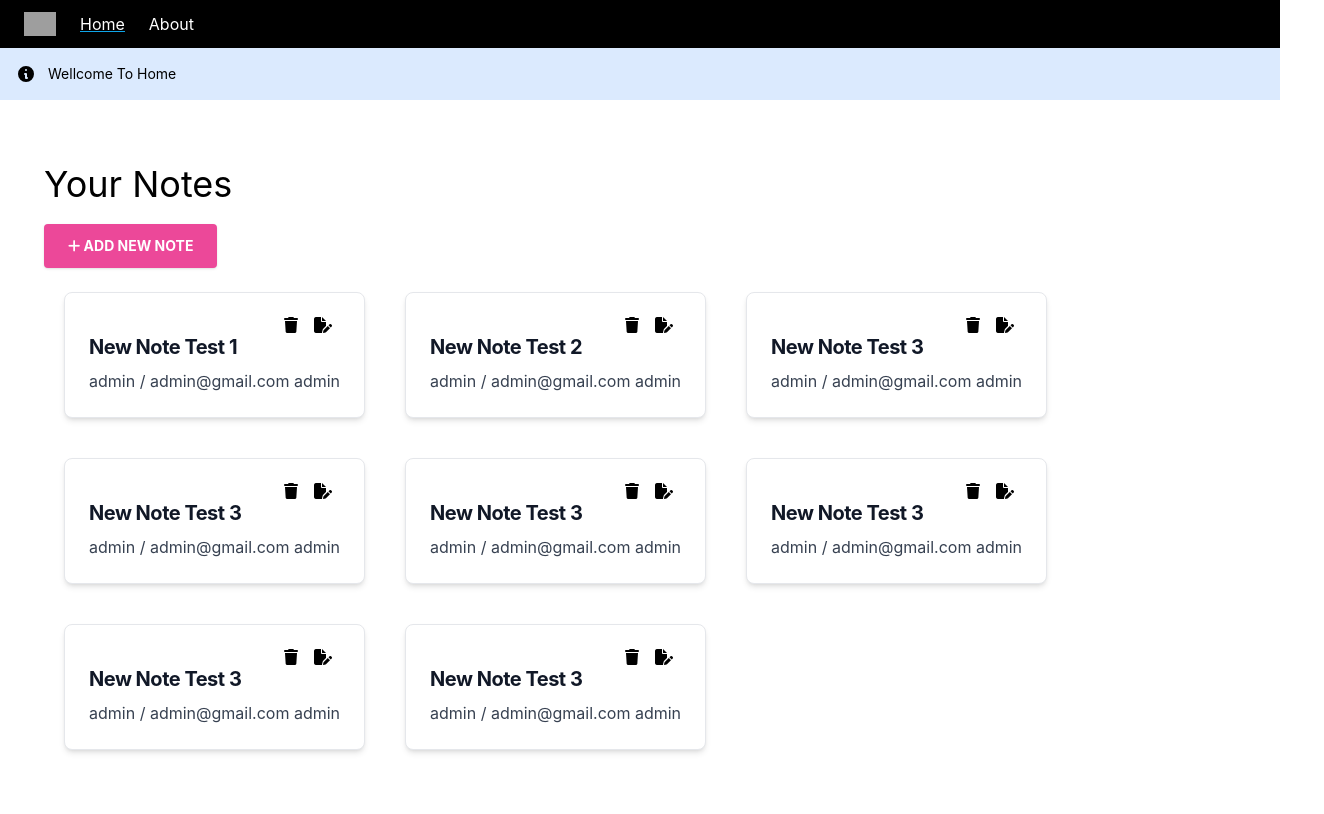
Repository: sonawaneteju4/iNote
Page: /
An editor plug-in stored every save of this project. The page is shown before and after a run of saves, followed by the edit.
The browser window is 1280 px wide. The page is 1324 px wide, so the pictures cover 1324 px, including what lies to the right of the window. The pictures show the whole page.
Pictures or frames that could not be fetched are drawn as grey boxes. Some web libraries are served in a nearby version. The project was rebuilt for these pictures with package versions that can differ from the ones it lists, and the page was loaded fresh each time. Also part of the build but not shown: src/components/AddNote.js, src/components/About.js.

Above is the page before, as saved 2022-10-11 10:48:47.

### public/index.html
<!DOCTYPE html>
<html lang="en">
  <head>
    <meta charset="utf-8" />
    <link rel="icon" href="%PUBLIC_URL%/favicon.ico" />
    <meta name="viewport" content="width=device-width, initial-scale=1" />
    <meta name="theme-color" content="#000000" />
    <meta
      name="description"
      content="Web site created using create-react-app"
    />
    <link rel="apple-touch-icon" href="%PUBLIC_URL%/logo192.png" />

    <link rel="manifest" href="%PUBLIC_URL%/manifest.json" />

    <title>iNote - Secured Notes On Cloud</title>
  </head>
  <body>
    <noscript>You need to enable JavaScript to run this app.</noscript>
    <script src="https://kit.fontawesome.com/61d960ae85.js" crossorigin="anonymous"></script>
    <div id="root"></div>
  </body>
</html>

### src/App.js
import "./App.css";
import { BrowserRouter, Routes, Route } from "react-router-dom";
import Navbar from "./components/Navbar";
import Home from "./components/Home";
import About from "./components/About";
import NoteState from "./context/notes/NoteState";
import Alert from "./components/Alert";

function App() {
  return (
    <>
      <NoteState>
        <BrowserRouter>
          <Navbar />
          <Alert message="Wellcome To Home"/>
          <div className="container m-11">

          <Routes>
            <Route exact path="/" element={<Home />}></Route>
            <Route exact path="/about" element={<About />}></Route>
          </Routes>
          </div>
        </BrowserRouter>
      </NoteState>
    </>
  );
}

export default App;

### src/App.css
.App {
  text-align: center;
}

.App-logo {
  height: 40vmin;
  pointer-events: none;
}

@media (prefers-reduced-motion: no-preference) {
  .App-logo {
    animation: App-logo-spin infinite 20s linear;
  }
}

.App-header {
  background-color: #282c34;
  min-height: 100vh;
  display: flex;
  flex-direction: column;
  align-items: center;
  justify-content: center;
  font-size: calc(10px + 2vmin);
  color: white;
}

.App-link {
  color: #61dafb;
}

@keyframes App-logo-spin {
  from {
    transform: rotate(0deg);
  }
  to {
    transform: rotate(360deg);
  }
}
i{cursor: pointer;

}

### src/components/Navbar.js
import React, {useEffect} from 'react'
import { Link, useLocation } from 'react-router-dom'

const Navbar = () => {
  let location = useLocation();
  useEffect(() => {
    console.log(location.pathname);
  }, [location])

  return (
    <nav className='flex bg-black text-white sticky top-0'>
        <ul className='flex m-3'>
            <li className='px-3'><Link to="/"><img alt="Logo" className='h-6' src='https://i.ibb.co/yyD6c8M/i-NOTE-3.png'></img></Link></li>
            <li className={`px-3  ${location.pathname==='/'? "underline decoration-sky-500": ""}`}><Link to="/">Home</Link></li>
            <li className={`px-3  ${location.pathname==='/about'? "underline decoration-sky-500": ""}`}><Link to="/about">About</Link></li>
        </ul>

    </nav>
  )
}

export default Navbar

### src/components/Home.js
import React from 'react'
// import NoteState from '../context/notes/NoteState';
import Notes from './Notes';

const Home = () => {

  return (
    <>
      <Notes/>
    </>

  )
}

export default Home

### src/context/notes/NoteState.js
import { useState } from 'react';
import NoteContext from './NoteContext';


const NoteState = (props) =>{
    const notesInitial = [
        {
          "_id": "6343f8ff5e6343bed4b7ddb5",
          "user": "63402d7553af99b0eef26534",
          "title": "New Note Test 1 ",
          "description": "admin / admin@gmail.com admin",
          "tag": "test",
          "date": "1665390388538",
          "__v": 0
        },
        {
          "_id": "6343f90f5e6343bed4b7ddb8",
          "user": "63402d7553af99b0eef26534",
          "title": "New Note Test 2 ",
          "description": "admin / admin@gmail.com admin",
          "tag": "test",
          "date": "1665390388538",
          "__v": 0
        },
        {
          "_id": "6343f9155e6343bed4b7ddba",
          "user": "63402d7553af99b0eef26534",
          "title": "New Note Test 3 ",
          "description": "admin / admin@gmail.com admin",
          "tag": "test",
          "date": "1665390388538",
          "__v": 0
        },
        {
            "_id": "6343f9155e6343bed4b7ddba",
            "user": "63402d7553af99b0eef26534",
            "title": "New Note Test 3 ",
            "description": "admin / admin@gmail.com admin",
            "tag": "test",
            "date": "1665390388538",
            "__v": 0
          },
          {
            "_id": "6343f9155e6343bed4b7ddba",
            "user": "63402d7553af99b0eef26534",
            "title": "New Note Test 3 ",
            "description": "admin / admin@gmail.com admin",
            "tag": "test",
            "date": "1665390388538",
            "__v": 0
          },
          {
            "_id": "6343f9155e6343bed4b7ddba",
            "user": "63402d7553af99b0eef26534",
            "title": "New Note Test 3 ",
            "description": "admin / admin@gmail.com admin",
            "tag": "test",
            "date": "1665390388538",
            "__v": 0
          },
          {
            "_id": "6343f9155e6343bed4b7ddba",
            "user": "63402d7553af99b0eef26534",
            "title": "New Note Test 3 ",
            "description": "admin / admin@gmail.com admin",
            "tag": "test",
            "date": "1665390388538",
            "__v": 0
          },
          {
            "_id": "6343f9155e6343bed4b7ddba",
            "user": "63402d7553af99b0eef26534",
            "title": "New Note Test 3 ",
            "description": "admin / admin@gmail.com admin",
            "tag": "test",
            "date": "1665390388538",
            "__v": 0
          }
      ]
      const [notes, setNotes] = useState(notesInitial)

      //Add a Note
      const addNote = (title, description,tag)=>{
        const note = {
          "_id": "6343f9155e6343bed4b7ddba",
          "user": "63402d7553af99b0eef26534",
          "title": title,
          "description": description,
          "tag": tag,
          "date": "1665390388538",
          "__v": 0
        };
        setNotes(notes.concat(note))
      }

      // Delete a Note
      const deleteNote = (id)=>{
        console.log(id)
        const newNotes = notes.filter((note)=>{return note._id!==id})
        setNotes(newNotes)
      }

      //Edit a Note
const editNote = (id, title, description,tag)=>{

}

    return(

        <NoteContext.Provider value={{notes, notesInitial, addNote ,deleteNote ,editNote }}>
            {props.children}
        </NoteContext.Provider>
            )
}

export default NoteState;

### src/components/Alert.js
import React from 'react'

const Alert = (props) => {
  return (
    <div className=''>
      <div className="flex p-4 mb-4 text-sm bg-blue-100 rounded-lgz text-black " role="alert">
  <svg aria-hidden="true" className="flex-shrink-0 inline w-5 h-5 mr-3" fill="currentColor" viewBox="0 0 20 20" xmlns="http://www.w3.org/2000/svg"><path fill-rule="evenodd" d="M18 10a8 8 0 11-16 0 8 8 0 0116 0zm-7-4a1 1 0 11-2 0 1 1 0 012 0zM9 9a1 1 0 000 2v3a1 1 0 001 1h1a1 1 0 100-2v-3a1 1 0 00-1-1H9z" clip-rule="evenodd"></path></svg>
  {props.message}
  </div>
    </div>
  )
}

export default Alert

### src/components/Notes.js
import React, {useContext } from 'react'
import NoteContext from '../context/notes/NoteContext';
import AddNote from './AddNote';
import NoteItem from './NoteItem';


const Notes = () => {
    const context = useContext(NoteContext);
    const [showModal, setShowModal] = React.useState(false);
    const {notes, addNote} = context
  return (
    <div>
      <h1 className='py-5 text-4xl'>Your Notes</h1>

      <button
        className="bg-pink-500 text-white active:bg-pink-600 font-bold uppercase text-sm px-6 py-3 rounded shadow hover:shadow-lg outline-none focus:outline-none mr-1 mb-1 ease-linear transition-all duration-150"
        type="button"
        onClick={() => setShowModal(true)}
      >
        <i class="fa-solid fa-plus"></i> Add New Note
      </button>
      {showModal ? (
        <>
          <div
            className="justify-center items-center flex overflow-x-hidden overflow-y-auto fixed inset-0 z-50 outline-none focus:outline-none"
          >
            <div className="relative w-auto my-6 mx-auto max-w-3xl">
              {/*content*/}
              <div className="border-0 rounded-lg shadow-lg relative flex flex-col w-full bg-white outline-none focus:outline-none">
                {/*header*/}
                <div className="flex  items-start justify-between p-5 border-b border-solid border-slate-200 rounded-t">
                  <h3 className="text-3xl font-semibold">
                    Create New Note
                  </h3>
                  <button
                    className="p-1 ml-auto bg-transparent border-0 text-black opacity-5 float-right text-3xl leading-none font-semibold outline-none focus:outline-none"
                    onClick={() => setShowModal(false)}
                    >
                    <span className="bg-transparent text-black opacity-5 h-6 w-6 text-2xl block outline-none focus:outline-none">

                    </span>
                  </button>
                </div>
                {/*body*/}

                    <AddNote/>
                {/*footer*/}
                <div className="flex items-center justify-end p-6 border-t border-solid border-slate-200 rounded-b">
                  <button
                    className="text-red-500 background-transparent font-bold uppercase px-6 py-2 text-sm outline-none focus:outline-none mr-1 mb-1 ease-linear transition-all duration-150"
                    type="button"
                    onClick={() => setShowModal(false)}
                  >
                    Close
                  </button>
                </div>
              </div>
            </div>
          </div>
          <div className="opacity-25 fixed inset-0 z-40 bg-black"></div>
        </>
      ) : null}


    <div className='flex flex-wrap'>
        {notes.map((note)=>{
            return <NoteItem key={note._id} note={note}/>;
        })}
    </div>
        </div>
  )
}

export default Notes

### src/components/NoteItem.js
import React, { useContext } from "react";
import NoteContext from '../context/notes/NoteContext';


const NoteItem = (props) => {
 const context = useContext(NoteContext)
  const {deleteNote} = context;
  const { note } = props;
  return (
    <div className="p-5">
      <div class="p-6 max-w-sm bg-white rounded-lg border border-gray-200 shadow-md hover:bg-gray-100">
        <div className="flex item-start justify-end">
          <i class="fa-solid fa-trash mx-2" onClick={()=>{deleteNote(note._id)}}></i>
          <i class="fa-solid fa-file-pen mx-2"></i>
        </div>
          <h5 class="mb-2 text-xl font-bold tracking-tight text-gray-900">
            {note.title}
          </h5>
        <p class="font-normal text-gray-700"> {note.description}</p>
      </div>
    </div>
  );
};

export default NoteItem;

Loaded but not shown: src/index.js (common file); src/index.css (common file); src/context/notes/NoteContext.js (common file); tailwind.config.js (common file)

After the next 2 saves:
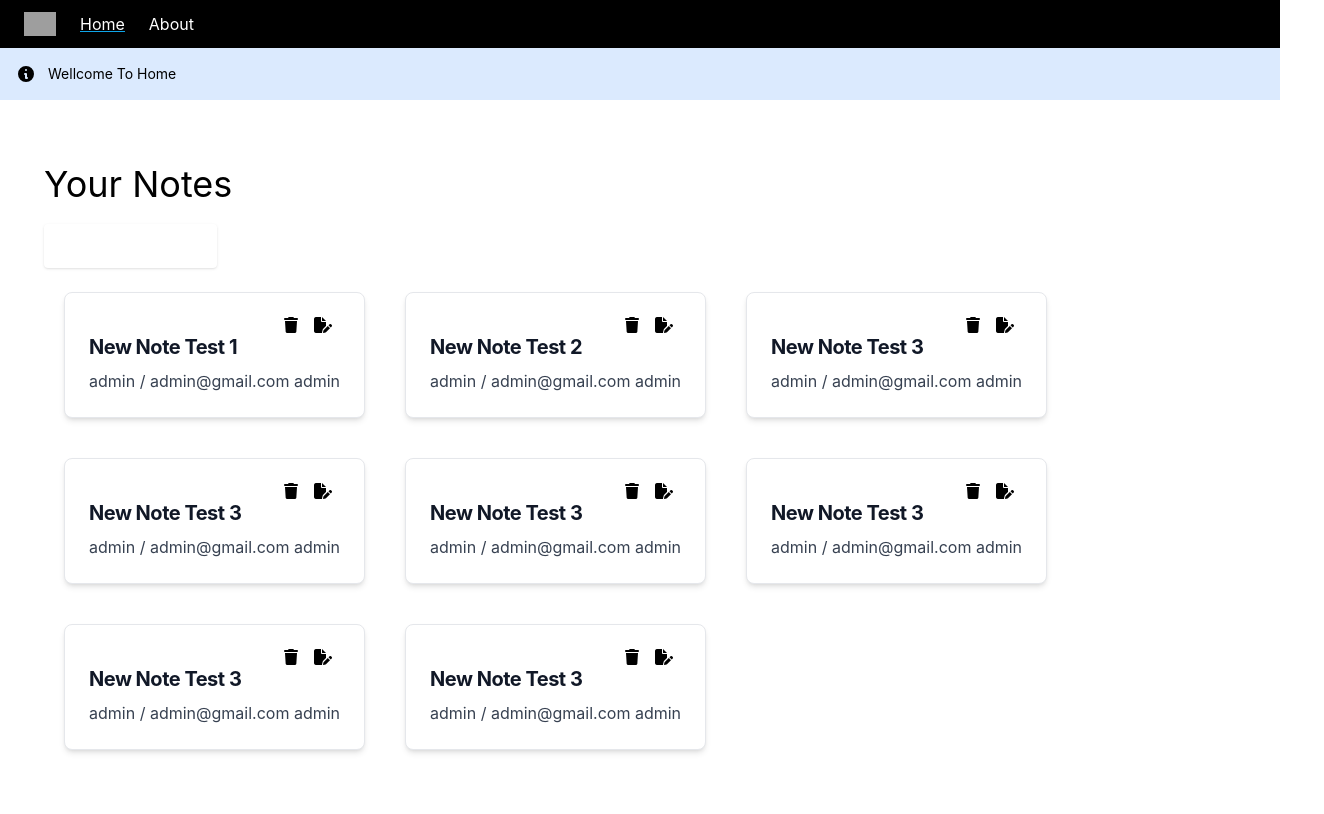
The 2 saves are shown as one change because they came seconds apart.
The last was saved 22 s later.
--- a/src/components/Notes.js
+++ b/src/components/Notes.js
@@ -13,7 +13,7 @@
       <h1 className='py-5 text-4xl'>Your Notes</h1>
 
       <button
-        className="bg-pink-500 text-white active:bg-pink-600 font-bold uppercase text-sm px-6 py-3 rounded shadow hover:shadow-lg outline-none focus:outline-none mr-1 mb-1 ease-linear transition-all duration-150"
+        className="bg-slay-500 text-white active:bg-pink-600 font-bold uppercase text-sm px-6 py-3 rounded shadow hover:shadow-lg outline-none focus:outline-none mr-1 mb-1 ease-linear transition-all duration-150"
         type="button"
         onClick={() => setShowModal(true)}
       >

After the save that followed:
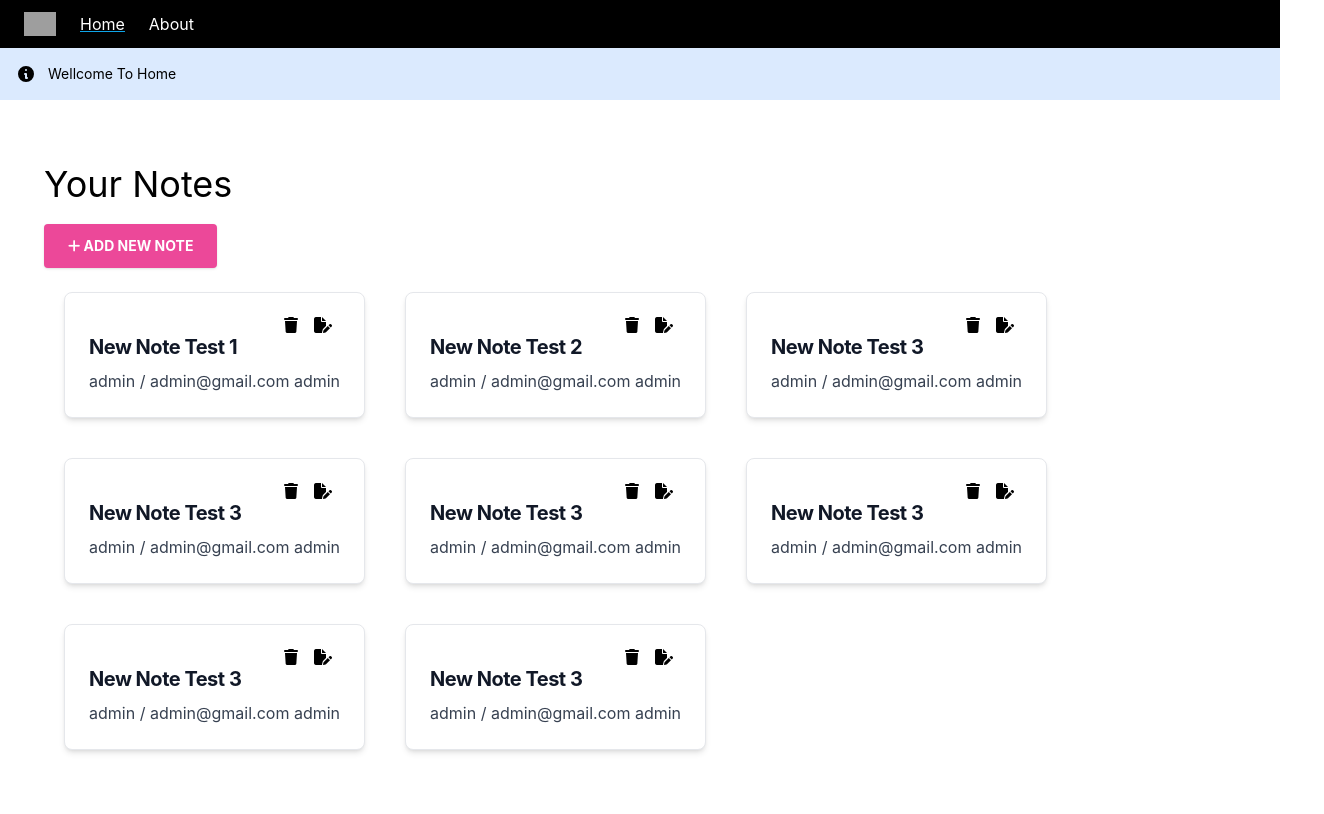
Saved 8 s later.
--- a/src/components/Notes.js
+++ b/src/components/Notes.js
@@ -13,7 +13,7 @@
       <h1 className='py-5 text-4xl'>Your Notes</h1>
 
       <button
-        className="bg-slay-500 text-white active:bg-pink-600 font-bold uppercase text-sm px-6 py-3 rounded shadow hover:shadow-lg outline-none focus:outline-none mr-1 mb-1 ease-linear transition-all duration-150"
+        className="bg-pink-500 text-white active:bg-pink-600 font-bold uppercase text-sm px-6 py-3 rounded shadow hover:shadow-lg outline-none focus:outline-none mr-1 mb-1 ease-linear transition-all duration-150"
         type="button"
         onClick={() => setShowModal(true)}
       >
